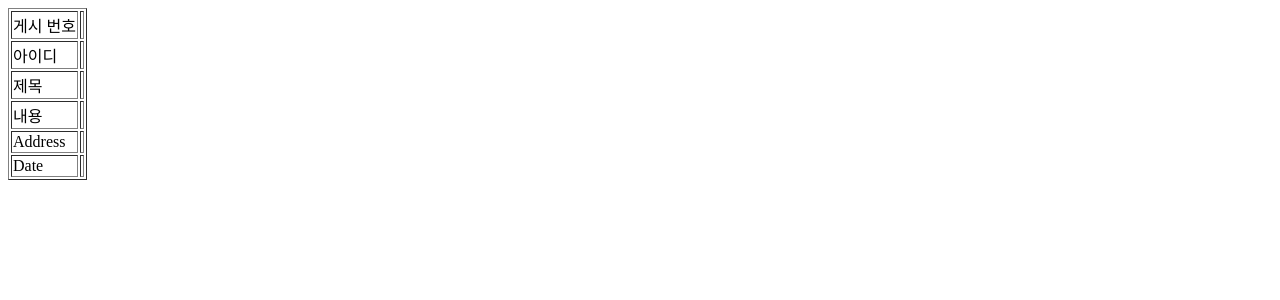
Repository: khy4701/JavaServerPage-Servlet
Page: http://localhost/07.BoardProejct/View.jsp
These files come from the project's save history. The page is drawn as it stood at one moment and after the next save; the edit follows.
The browser window is 1280 px wide. The pictures show the whole page.
The page is served by Tomcat 9.

Above is the page before, as saved 2016-07-25 06:32:25.

After the next save:
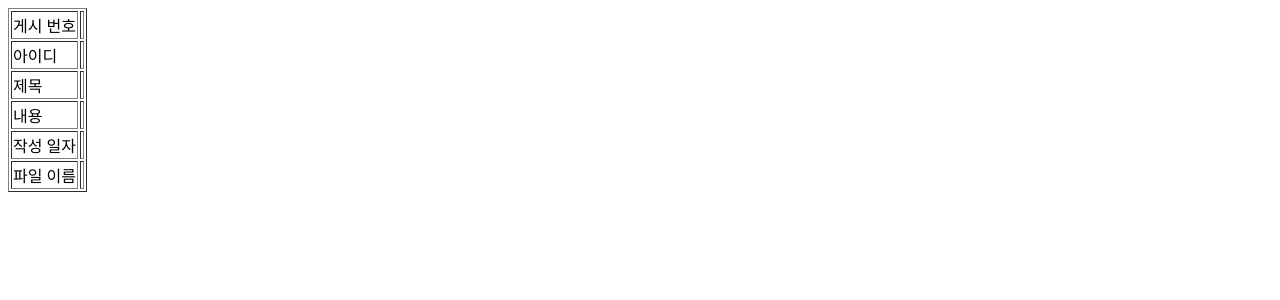
Saved 27 s later.
--- a/07.BoardProejct/WebContent/View.jsp
+++ b/07.BoardProejct/WebContent/View.jsp
@@ -14,12 +14,12 @@
 <c:set var ="content" value= "${requestScope.ContentInfo}"/>
 <table border ="1">
 
-    <tr><td> 게시 번호 </td> <td> ${member.id }        </td></tr>
-    <tr><td> 아이디	 </td> <td> ${member.userName }  </td></tr>
-    <tr><td> 제목	 </td> <td> ${member.phoneNum }  </td></tr>
-    <tr><td> 내용	 </td> <td> ${member.age }  	  </td></tr>
-    <tr><td> Address </td> <td> ${member.address }   </td></tr>
-    <tr><td> Date	 </td> <td> ${member.regDate }   </td></tr>
+    <tr><td> 게시 번호 </td> <td> ${content.id }        </td></tr>
+    <tr><td> 아이디	 </td> <td> ${content.userName }  </td></tr>
+    <tr><td> 제목	 </td> <td> ${content.phoneNum }  </td></tr>
+    <tr><td> 내용	 </td> <td> ${content.age }  	  </td></tr>
+    <tr><td> 작성 일자 </td> <td> ${content.address }   </td></tr>
+    <tr><td> 파일 이름  </td> <td> ${content.regDate }   </td></tr>
 
 </table>
 
